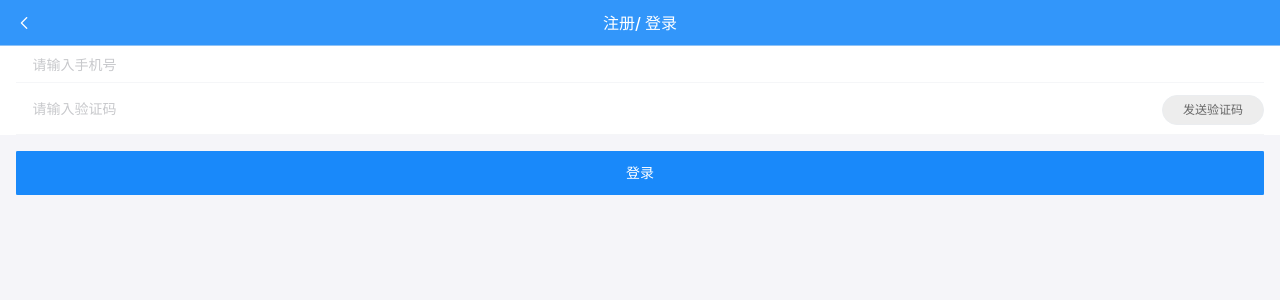
Repository: xn-lb/toutiao-mb
Page: /#/login
The author's editor kept a copy of each file at every save. The page is drawn from the files as they stood at one save, then again after the next save.
The browser window is 1280 px wide. The pictures show the whole page.
Some web fonts or font styles are not loaded; a fallback is used. The project was rebuilt for these pictures with package versions that can differ from the ones it lists, and the page was loaded fresh each time. Also part of the build but not shown: vue.config.js.

Above is the page before, as saved 2023-03-23 21:26:23.

After the next save:
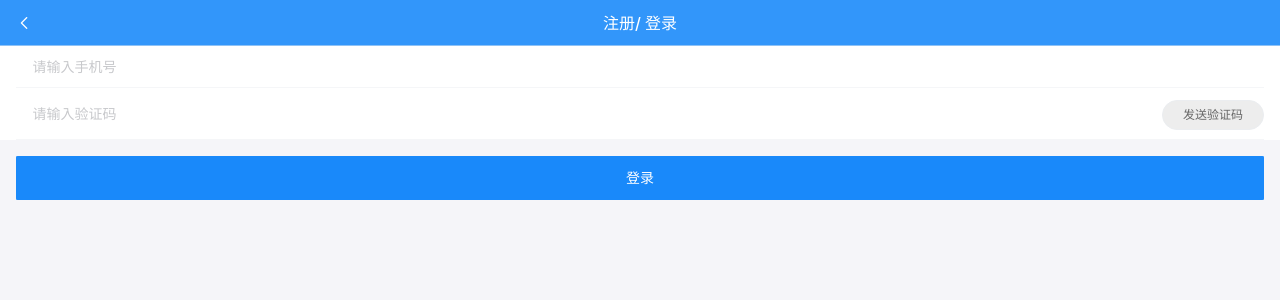
Saved 4 s later.
--- a/src/views/login/index.vue
+++ b/src/views/login/index.vue
@@ -100,6 +100,6 @@ export default {
   font-style: 42px;
 }
 .icon-hl{
-  line-height:  12px;
+  line-height:  22px;
 }
 </style>
